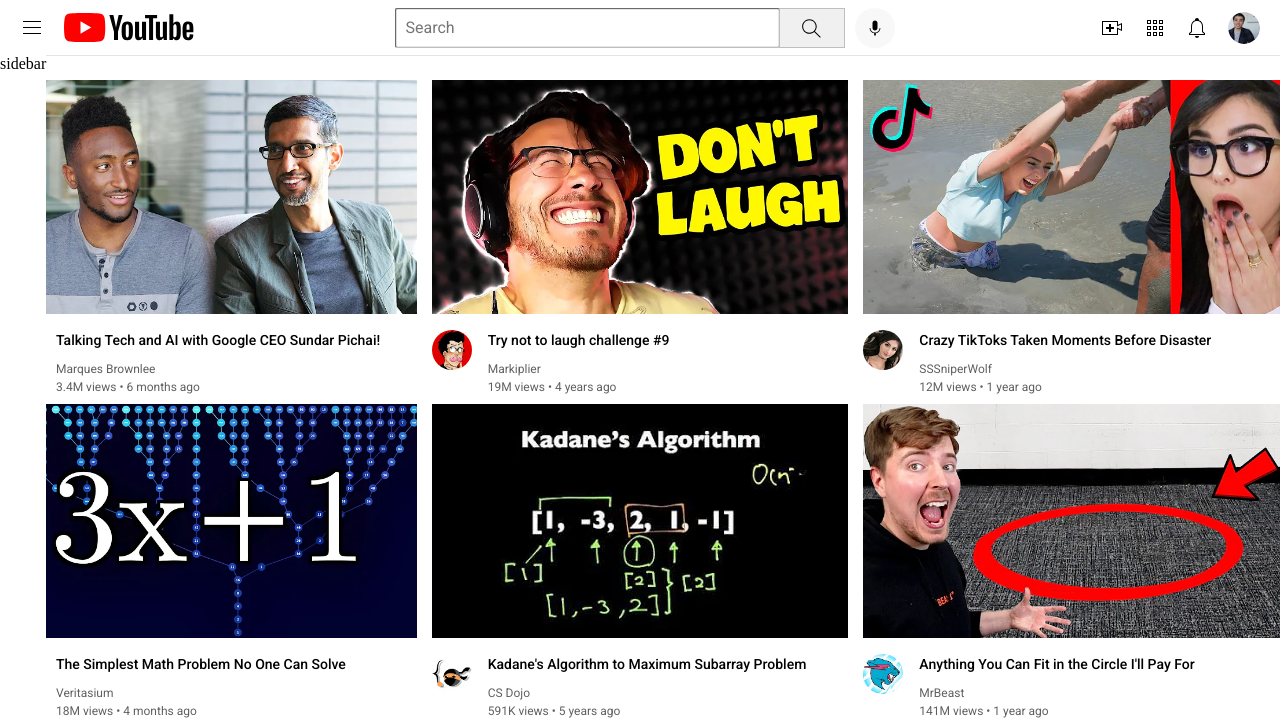
Repository: idahcarts-ux/html-css
Page: youtube.html
An editor plug-in stored every save of this project. The page is shown before and after a run of saves, followed by the edit.
The browser window is 1280 px wide. The pictures show the whole page.

Above is the page before, as saved 2025-11-19 19:00:09.

After the next 3 saves:
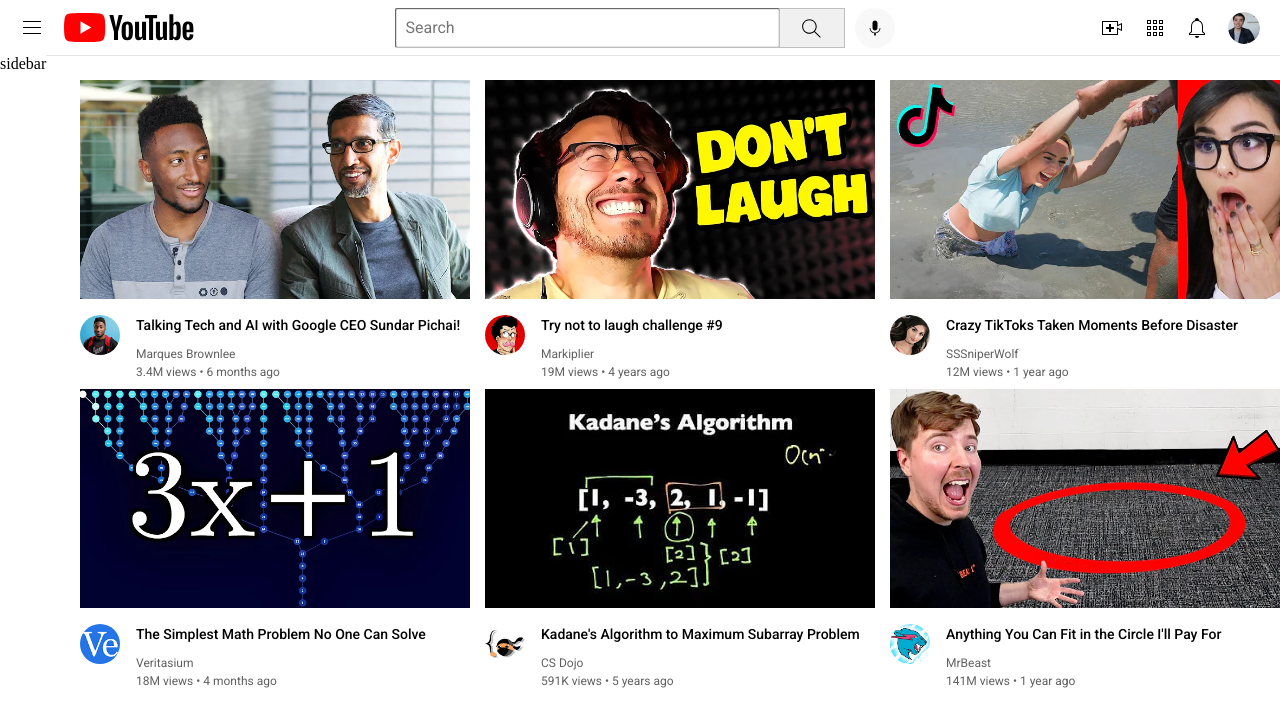
The 3 saves are shown as one change because they came seconds apart.
The last was saved 10 s later.
--- a/styles/general.css
+++ b/styles/general.css
@@ -7,5 +7,5 @@
   body {
     margin: 0;
     padding-top: 80px;
-
+    padding-left: 80px;
   }
